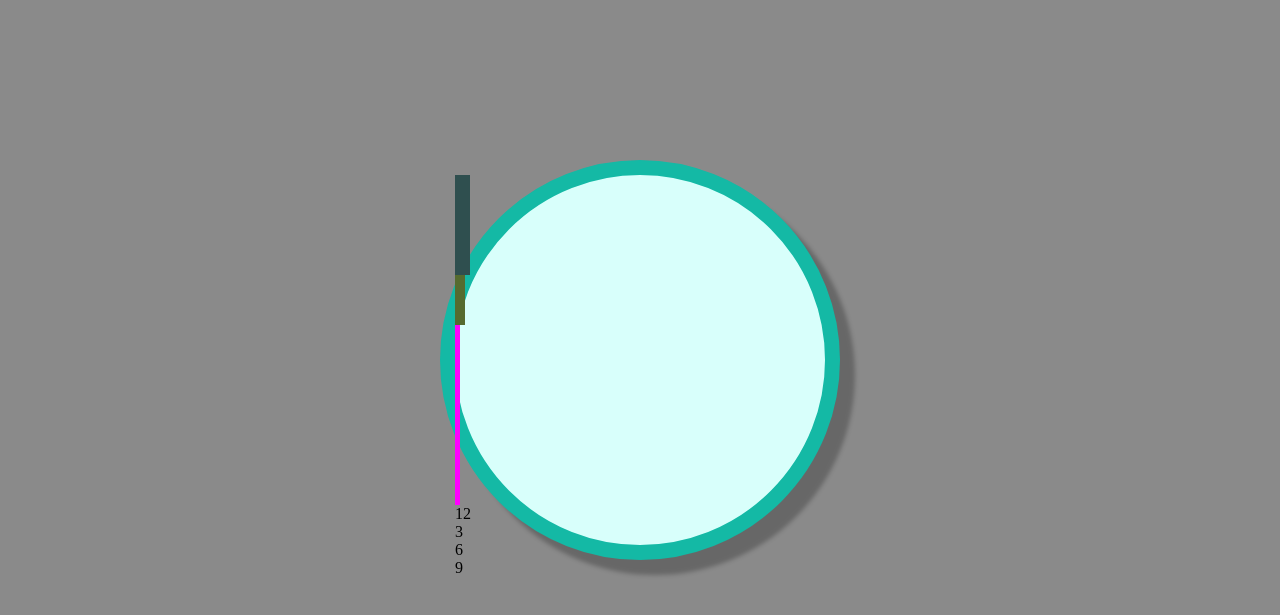
Repository: ChenWarren/web-clock
Page: index.html
The author's editor kept a copy of each file at every save. The page is drawn from the files as they stood at one save, then again after a run of saves.
The browser window is 1280 px wide. The pictures show the whole page.

Above is the page before, as saved 2021-03-18 20:52:54.

### index.html
<!DOCTYPE html>
<html lang="en">
<head>
    <meta charset="UTF-8">
    <meta http-equiv="X-UA-Compatible" content="IE=edge">
    <meta name="viewport" content="width=device-width, initial-scale=1.0">
    <link rel="stylesheet" href="main.css">
    <title>Clock</title>
</head>
<body>
    <main class="clock">
        <div class="hour"></div>
        <div class="minute"></div>
        <div class="second"></div>

        <div class="number">
            <div class="num_1">12</div>
        </div>
        <div class="number">
            <div class="num_3">3</div>
        </div>
        <div class="number">
            <div class="num_1">6</div>
        </div>
        <div class="number">
            <div class="num_1">9</div>
        </div>

        <div class="dot"></div>
        <div class="dot"></div>
        <div class="dot"></div>
        <div class="dot"></div>
        <div class="dot"></div>
        <div class="dot"></div>
        <div class="dot"></div>
        <div class="dot"></div>
    </main>

    <script src="clock.js"></script>

</body>
</html>

### main.css
* {
    margin: 0;
    padding: 0;
    box-sizing: border-box;
}

body {
    background-color: rgb(138, 138, 138);
    display: flex;
    justify-content: center;
    align-items: center;
    width: 100vw;
    height: 100vh;
    overflow: hidden;
}

.clock {
    width: 400px;
    height: 400px;
    border-radius: 50%;
    background: #d8fffb;
    border: 15px solid #14B9A5;
    box-sizing: border-box;
    box-shadow: 15px 15px 4px rgba(0, 0, 0, 0.25);
    position: relative;
}

.hour {
    width: 15px;
    height: 100px;
    background-color:  darkslategray;
    position: absolute;
}

.minute {
    width: 10px;
    height: 150px;
    background-color:darkolivegreen;
}

.second {
    width: 5px;
    height: 180px;
    background-color: fuchsia;
}

Loaded but not shown: clock.js (no copy from this time; the picture is the same without it)

After the next 2 saves:
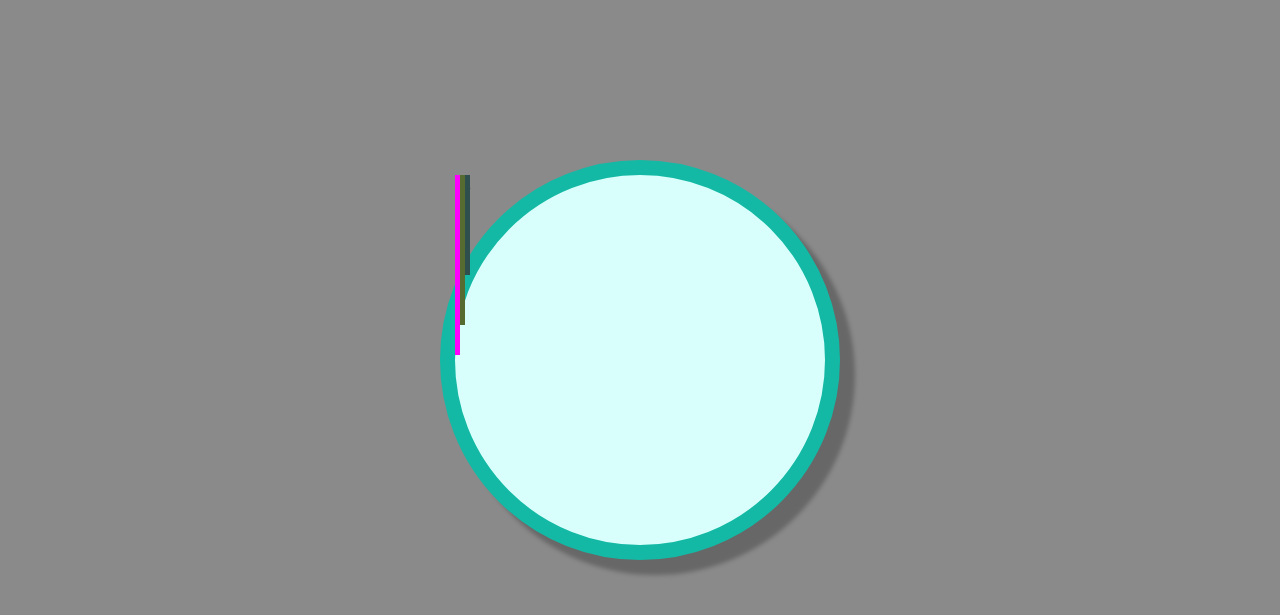
The 2 saves are shown as one change because they came seconds apart.
The last was saved 11 s later.
--- a/main.css
+++ b/main.css
@@ -36,10 +36,12 @@ body {
     width: 10px;
     height: 150px;
     background-color:darkolivegreen;
+    position: absolute;
 }
 
 .second {
     width: 5px;
     height: 180px;
     background-color: fuchsia;
+    position: absolute;
 }
